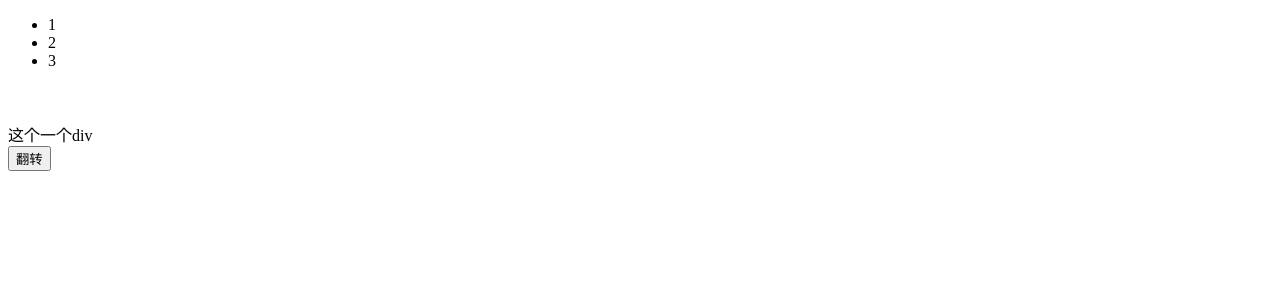
Repository: lcl22hope/webInterview
Page: DOM-Issues/翻转DOM.html
An editor plug-in stored every save of this project. The page is shown before and after a run of saves, followed by the edit.
The browser window is 1280 px wide. The pictures show the whole page.

Above is the page before, as saved 2019-11-20 19:28:46.

### DOM-Issues/翻转DOM.html
<!DOCTYPE html>

<html>
    <head>


        <!-- 历史原因 之前空白被忽略 -->
        <title>测试</title>





        <script>
            console.log('test')
        </script>
    </head>



    <body>
        <ul id="list">
            <li>1</li>
            <li>2</li>
            <li>3</li>
        </ul>
        <br/>
        <br/>
        <div id="div">这个一个div</div>
        <input type="button" id="reverseBtn" value="翻转"/>
        <script>
            let list = document.getElementById('list')
            let btn = document.getElementById('reverseBtn')

            // let newLi = document.createElement('li')
            // newLi.innerHTML = 'hello, world';
            // list.insertBefore(newLi, list.children[1]);
            // list.insertBefore(newLi, list.firstChild);


            // let div = document.getElementById('div');
            // div.insertAdjacentHTML('beforebegin', '<p>beforebegin</p>')
            // div.insertAdjacentHTML('afterbegin', '<p>afterbegin</p>')
            // div.insertAdjacentHTML('beforeend', '<p>beforeend</p>')
            // div.insertAdjacentHTML('afterend', '<p>afterend</p>')
            function reverseChildNodes(node) {
                let frag = node.ownerDocument.createDocumentFragment();
                while(node.lastChild) {
                    frag.appendChild(node.lastChild)
                }
                node.appendChild(frag)
            }
            btn.onclick = reverseChildNodes.bind(this, list);

        </script>
    </body>
</html>

After the next 3 saves:
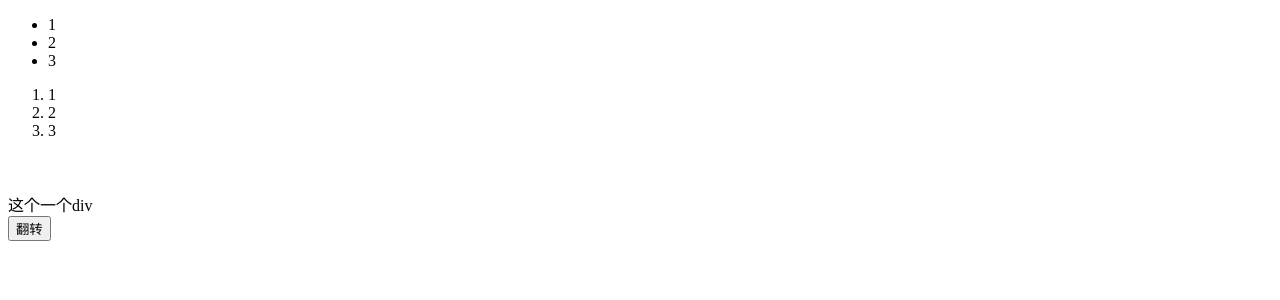
The 3 saves are shown as one change because they came seconds apart.
The last was saved 17 min 40 s later.
--- a/DOM-Issues/翻转DOM.html
+++ b/DOM-Issues/翻转DOM.html
@@ -24,6 +24,11 @@
             <li>2</li>
             <li>3</li>
         </ul>
+        <ol id="list2">
+            <li>1</li>
+            <li>2</li>
+            <li>3</li>
+        </ol>
         <br/>
         <br/>
         <div id="div">这个一个div</div>
